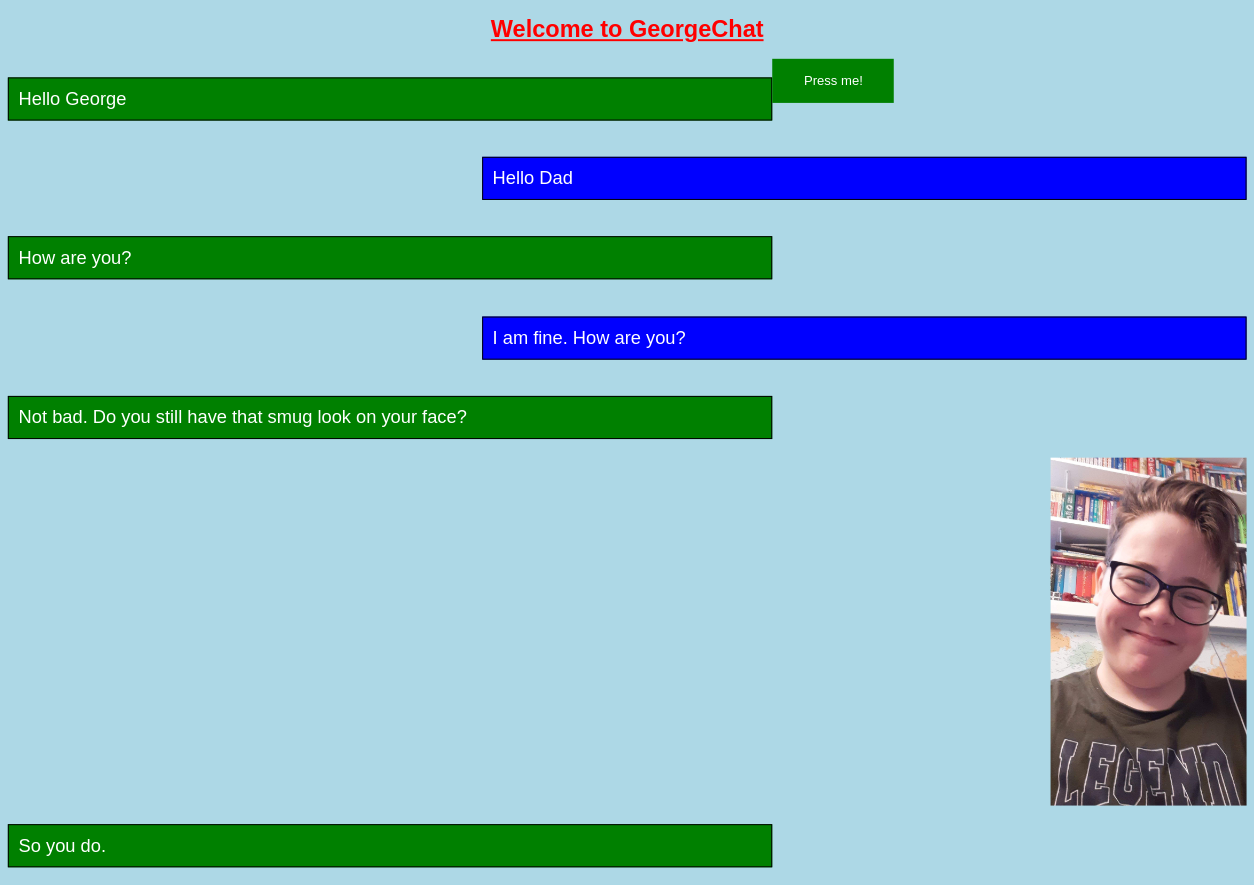
Repository: georgefyles/playground
Page: playground/src/resources/html/test.html
The author's editor kept a record of every edit. The page is drawn from the files as they stood at one moment, then again after the next edit.
The browser window is 1280 px wide. The pictures show the whole page, at 98% of full size.

Above is the page before.

After the next edit:
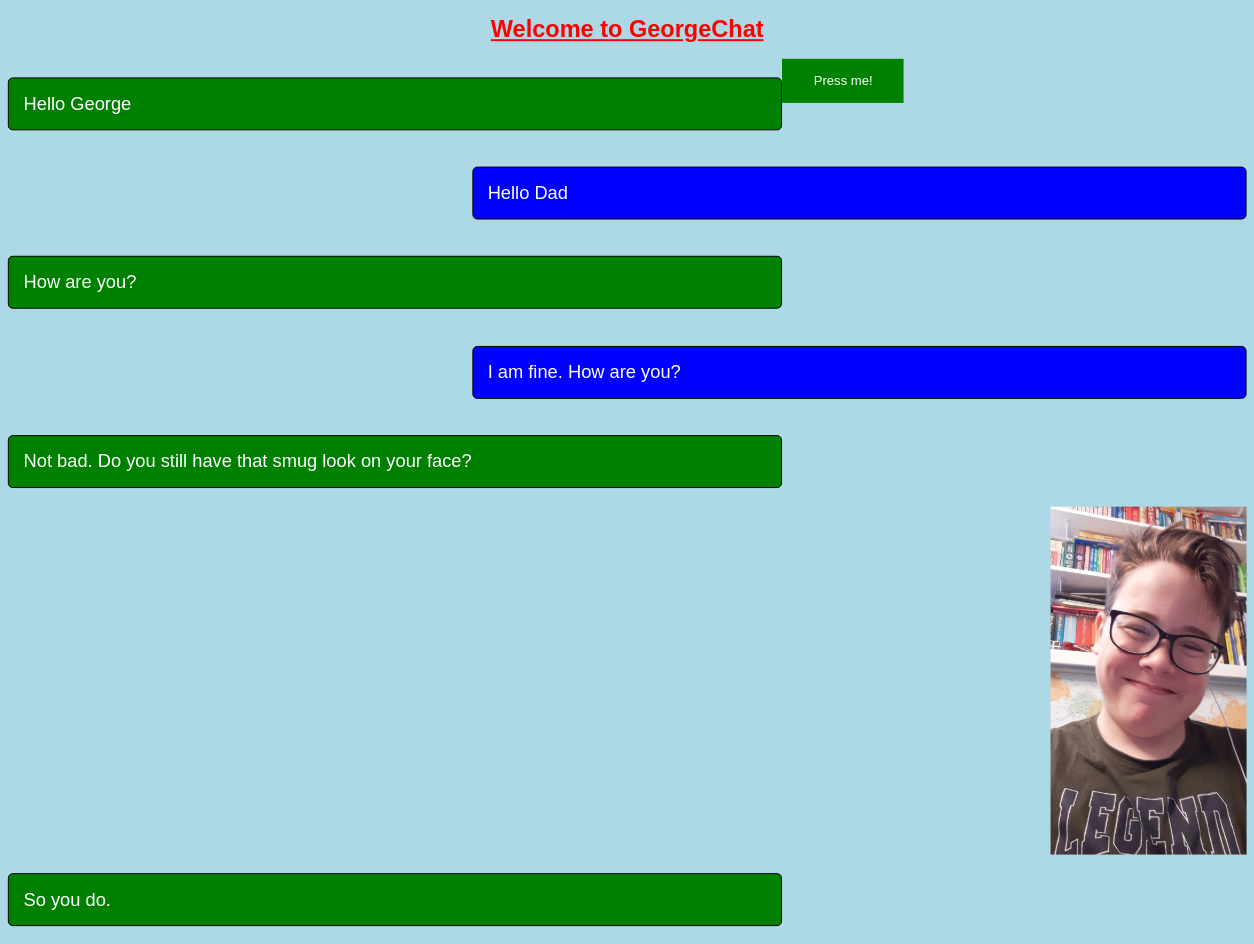
The edit:
--- a/playground/src/resources/html/test.css
+++ b/playground/src/resources/html/test.css
@@ -25,7 +25,8 @@
     color: white;
     font-size: 14pt;
     border: 1px solid black;
-    padding: 10px;
+    border-radius: 5px;
+    padding: 15px;
     width: 60%;
 }
 
